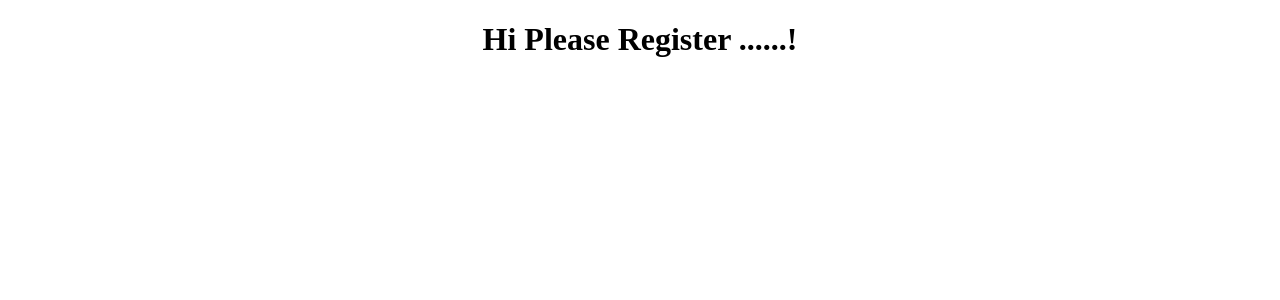
Repository: Thaneshwara848/E-Y
Page: Jdbc-Servlet-Jsp/Webemo5/src/main/webapp/Register.html
These files come from the project's save history. The page is drawn as it stood at one moment and after the next save; the edit follows.
The browser window is 1280 px wide. The pictures show the whole page.

Above is the page before, as saved 2023-05-22 04:38:55.

After the next save:
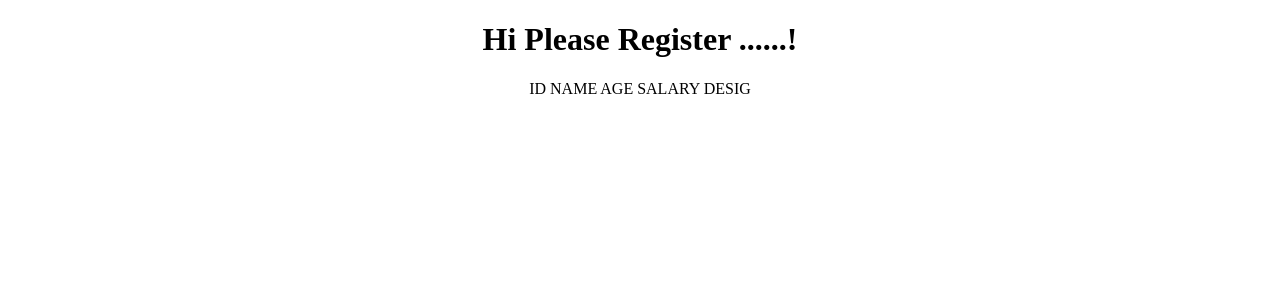
Saved 12 s later.
--- a/Jdbc-Servlet-Jsp/Webemo5/src/main/webapp/Register.html
+++ b/Jdbc-Servlet-Jsp/Webemo5/src/main/webapp/Register.html
@@ -9,7 +9,11 @@
 	<h1> Hi Please Register ......!</h1>
 	<form action="">
 
-
+		ID
+		NAME
+		AGE
+		SALARY
+		DESIG
 
 
 	</form>
